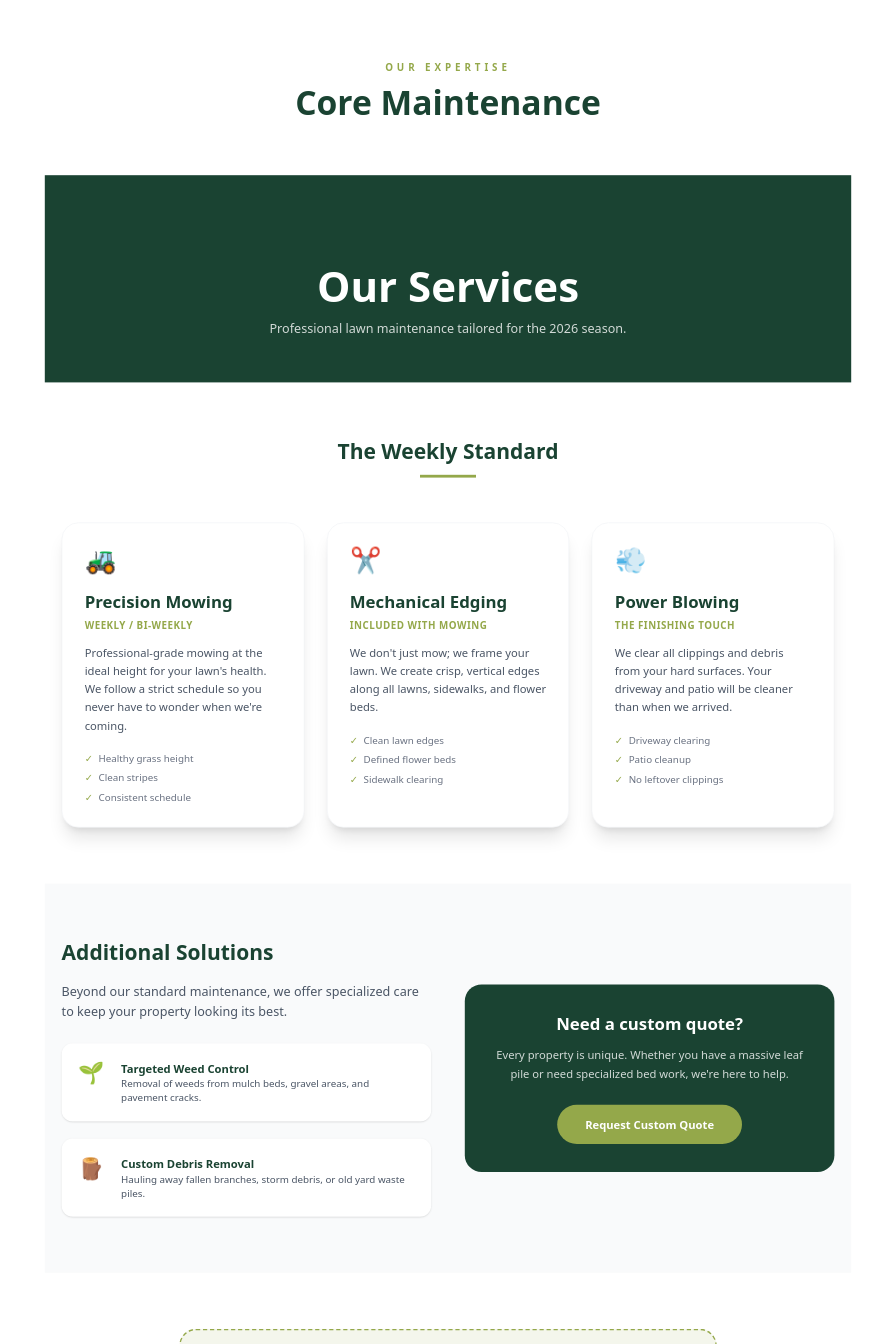
Repository: KalebMalone/Avarro
Page: /
The author's editor kept a copy of each file at every save. The page is drawn from the files as they stood at one save, then again after the next save.
The browser window is 1280 px wide. The pictures show the part of the page from y = 786 to 2706 px (the page is 3253 px tall before and 3357 px after), at 70% of full size.
The project was rebuilt for these pictures with package versions that can differ from the ones it lists, and the page was loaded fresh each time. Also part of the build but not shown: vite.config.js, src/pages/About.jsx, src/pages/Contact.jsx. Imported but missing from the stored project, and not drawn on this page: src/pages/Services.

Above is the page before, as saved 2026-01-28 17:01:29.

After the next save:
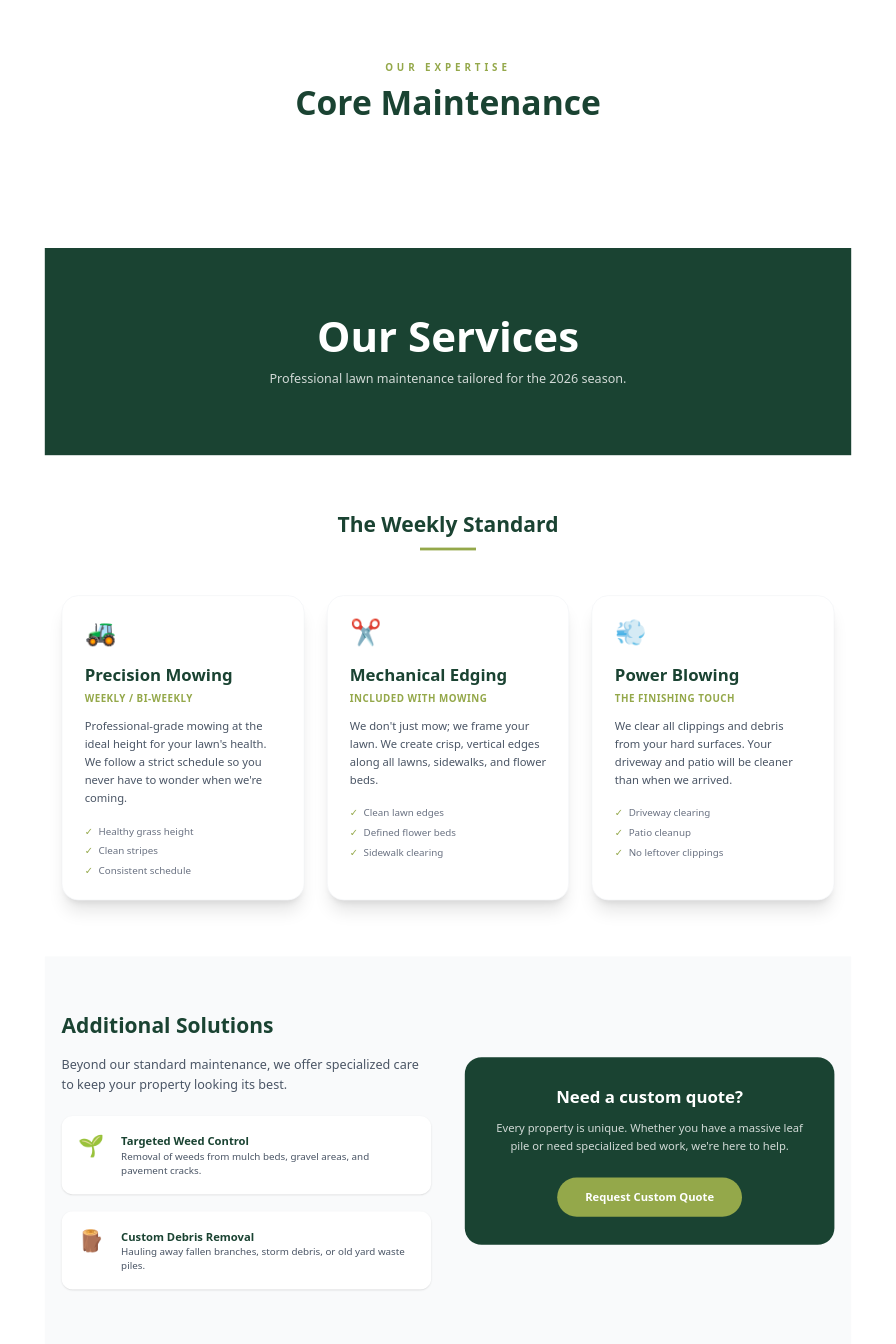
Saved 57 s later.
--- a/src/components/Services.jsx
+++ b/src/components/Services.jsx
@@ -27,8 +27,11 @@
 export default function ServicesPage() {
     return (
         <div className="bg-white">
+            {/* 1. ESSENTIAL SPACER FOR GLOBAL BANNER */}
+            <div className="h-[104px]"></div>
+
             {/* Header */}
-            <section className="pt-32 pb-16 bg-[#1a4332] text-center text-white">
+            <section className="py-24 bg-[#1a4332] text-center text-white">
                 <h1 className="text-4xl md:text-6xl font-extrabold mb-4">Our Services</h1>
                 <p className="text-lg opacity-80 max-w-2xl mx-auto px-6">
                     Professional lawn maintenance tailored for the 2026 season.
@@ -108,8 +111,8 @@
             {/* Satisfaction Guarantee */}
             <section className="py-20 text-center px-6">
                 <div className="max-w-3xl mx-auto bg-[#94a84a]/10 p-12 rounded-3xl border-2 border-dashed border-[#94a84a]">
-                    <h2 className="text-3xl font-bold text-[#1a4332] mb-4 text-center">The Avarro Guarantee</h2>
-                    <p className="text-gray-700 text-lg text-center">
+                    <h2 className="text-3xl font-bold text-[#1a4332] mb-4">The Avarro Guarantee</h2>
+                    <p className="text-gray-700 text-lg italic">
                         "If you aren't 100% satisfied with the quality of our cut, edging, or cleanup, we will return within 24 hours to make it right. No questions asked."
                     </p>
                 </div>
